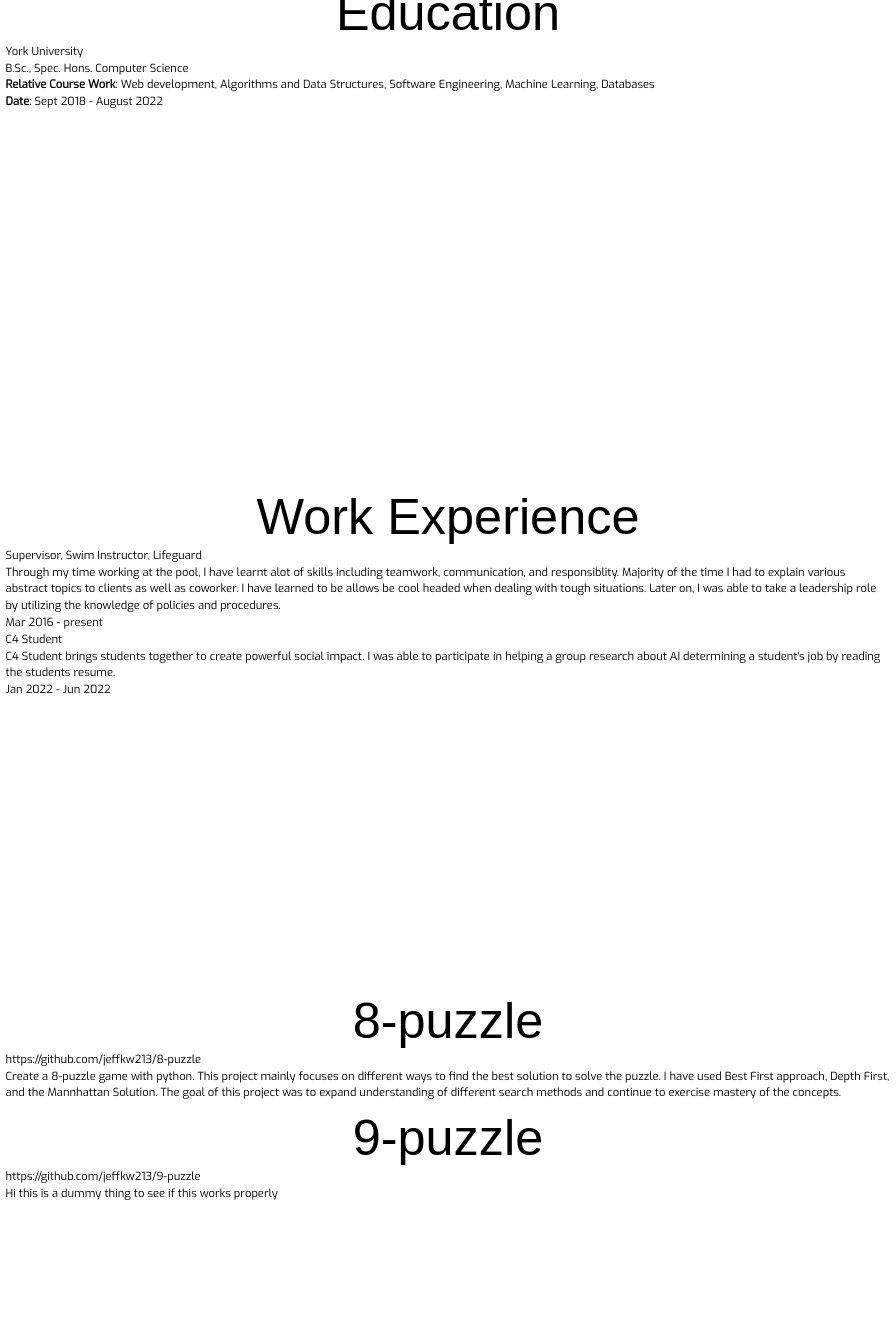
Repository: Jeffkw213/profile_website
Page: /
An editor plug-in stored every save of this project. The page is shown before and after the next save, followed by the edit.
The browser window is 1280 px wide. The pictures show the part of the page from y = 763 to 2683 px (the page is 2960 px tall), at 70% of full size.
Some web fonts or font styles are not loaded; a fallback is used. The project was rebuilt for these pictures with package versions that can differ from the ones it lists, and the page was loaded fresh each time. Also part of the build but not shown: vite.config.js.

Above is the page before, as saved 2022-09-30 15:11:43.

### src/index.jsx
import React from 'react';
import ReactDOM from 'react-dom/client';
import App from './App';
import reportWebVitals from './reportWebVitals';
import './index.css';

// DOM creates an instance of your App component, though it can also pass simple JSX without any component instantiation
const root = ReactDOM.createRoot(document.getElementById('root'));
root.render(
  <React.StrictMode>
    <App />
  </React.StrictMode>
);

// If you want to start measuring performance in your app, pass a function
// to log results (for example: reportWebVitals(console.log))
// or send to an analytics endpoint. Learn more: https://bit.ly/CRA-vitals
reportWebVitals();

### src/App.jsx
import Education from './components/Education';
import Nav from './components/Nav';
import Projects from './components/Projects';
import Title from './components/Title';
import Work from './components/Work';
import records from './data/records.json';
import Navitop from './components/NavigationTop';
const App = () => {
  return (
    <div className="scroll-smooth w-full box-border relative font-Exo min-w-[800]">
      <Navitop />
      <Title {...records.Who} />
      <Education {...records.Education} />
      <Work employ={records.Employment} />
      <Projects />
      <Nav {...records.Social} />
    </div>
  );
};

export default App;

### src/index.css
@import url('https://fonts.googleapis.com/css2?family=Exo:wght@100;400&display=swap');
@import url('http://fonts.cdnfonts.com/css/nexa-bold');

@tailwind base;
@tailwind components;
@tailwind utilities;

@layer base{
    html{
        scroll-behavior: smooth;
    }
}

### src/components/Education.jsx
export default function Education(props) {
  return (
    <div className=" h-screen p-2" id="education">
      <div>
        <h1 className="font-Nexa text-4xl sm:text-7xl text-center pt-4 pb-2">Education</h1>
      </div>
      <p>{props.School}</p>
      <p>{props.Degree}</p>
      <p><strong>Relative Course Work</strong>: {props.RelatativeCoursework}</p>
      <p>
      <strong>Date</strong>: {props.Start} - {props.Graduation}
      </p>
    </div>



  );
}

### src/components/Nav.jsx
//This is gonna be the navigation bar
//Need to create a list of
import Git from '../data/GitHub-Mark-64px.png';
import Linkedin from '../data/LI-In-Bug.png';
import Gmail from '../data/Gmail_Logo_64px.png';
export const List = (props) => (
  <nav className="flex justify-center">
    <ul className="">
      <li className="inline-block">
        <a href={props.Linkedin} target="_blank" rel="noopener noreferrer">
          <img src={Linkedin} alt="Linkedin Logo" className="h-16 opacity-[.35]" />
        </a>
      </li>
      <li className="inline-block">
        <a href={props.Github} target="_blank" rel="noopener noreferrer">
          <img src={Git} alt="Git Logo" className="h-16 opacity-[.35]" />
        </a>
      </li>
      <li className="inline-block ml-2">
        <a href={`mailto:${props.Email}?subject=Hi%20I'm%20Stupid`}>
          <img src={Gmail} alt="Gmail Logo" className="h-16 opacity-[.35]" />
        </a>
      </li>
    </ul>
  </nav>
);

export default function Nav(props) {
  return (
    <div className="h-20 relative w-full py-2 text-center bg-black" id='contacts'>
      <List {...props} />
    </div>
  );
}

### src/components/Projects.jsx
import projects from '../data/projects';

export default function Projects() {
  return (
    <div className='h-screen p-2' id="project">
      {projects.map((item, index) => {
        return (
          <div key={index}>
            <h2 className='font-Nexa text-4xl sm:text-7xl text-center pt-4 pb-2'>{item.name}</h2>
            <a href={item.link} target="_blank" rel="noopener noreferrer">
              {item.link}
            </a>
            <p>{item.about}</p>
          </div>
        );
      })}
    </div>
  );
}

### src/components/Title.jsx
// This is the title of the website
// There would be a breif discription of who I am
// And there would be a navigation button to scroll to a certain section of the page
import { FaProjectDiagram } from 'react-icons/fa';
import { BiArrowToBottom } from 'react-icons/bi';
export default function Title({ Name, Description }) {
  return (
    <div className="bg-black max-w-1/2 w-full px-4" id="home">

      <div className="flex items-center justify-center h-screen">
        <div className="relative max-w-[880px]">
          <div className="absolute inset-0.5 bg-gradient-to-r from-red-600 to-blue-600 rounded-full blur-2xl opacity-80"></div>

          <div className="relative m-2 py-12 text-white ">
            <h1 className="font-Nexa text-4xl sm:text-7xl text-center pt-4 pb-2">{Name}</h1>
            <p className="p-4 mx-0 sm:mx-14 max-w-screen-lg min-w-[50%]">{Description}</p>

            {/* Buttons */}
            <div className="flex items-center justify-center py-2">
              <a href="#project" className="px-2">
                <button
                  className="flex items-center justify-center p-2 px-3 bg-transparent text-white
        transition delay-150 duration-300 ease-in-out hover:scale-110"
                >
                  <FaProjectDiagram className="text-white mr-2" /> Projects
                </button>
              </a>
              <a href="/Resume.pdf" target="_blank" className="px-2">
                <button
                  className="flex items-center justify-center p-2 px-3 bg-transparent border-2 border-indigo-100 text-white
        transition delay-150 duration-300 ease-in-out hover:scale-110"
                >
                  <BiArrowToBottom className=" text-white mr-2" />
                  Resume
                </button>
              </a>
            </div>
          </div>
        </div>
      </div>
    </div>
  );
}

### src/components/Work.jsx
export default function Work({ employ }) {
  return (
    <div className="scroll-mt-10 h-screen p-2" id="work">
      <h1 className="font-Nexa text-4xl sm:text-7xl text-center pt-4 pb-2"> Work Experience </h1>
      {employ.map((item, index) => {
        return (
          <div key={index} className="">
            <div></div>
            <p>{item.Role}</p>
            <p>{item.Description}</p>
            <p>{item.Date}</p>
            <div className="bg-black "></div>
          </div>
        );
      })}
    </div>
  );
}

### src/data/records.json
{
  "Who": {
    "Name": "Wing To (Jeff) Kwan",
    "Location": {
      "City": "Richmond Hill",
      "Province": "Ontario",
      "Country": "Canada",
      "Street": "176 Kimono Crescent",
      "Postal": "L4S 2A4"
    },
    "Description": "Recently graduated student that is detail-oriented, and passionate to expand the process of development. Jeff has experience with working in a team to create a project, where he has demonstrated proficient communication and listening skills. He is a problem solver and a strong communicator eager to prove his value and talent at an emerging company. Motivated to advance and expand his skill set through targeted mentorship and challenging projects.",
    "Skills": {
      "Languages": "Python, Java, Javascript, CSS, HTML, SQL, Prolog, C#, C98, C99",
      "Framework": "Numpy, Pandas, MySQL, React, Node.js",
      "Platform": "Linux, Windows, MACOS, Android",
      "Techniques": "OOP, DataStructures, Machine Learning, Data Mining"
    }
  },
  "Social": {
    "Email": "jeffkwan10@gmail.com",
    "Linkedin": "https://www.linkedin.com/in/jeff-kwan-881a41203/",
    "Github": "https://github.com/Jeffkw213"
  },

  "Education": {
    "School": "York University",
    "Degree": "B.Sc., Spec. Hons. Computer Science",
    "RelatativeCoursework": "Web development, Algorithms and Data Structures, Software Engineering, Machine Learning, Databases",
    "Graduation": "August 2022",
    "Start": "Sept 2018"
  },

  "Employment": [
    {
      "Role": "Supervisor, Swim Instructor, Lifeguard",
      "Where": "City of Richmond Hill",
      "Description": "Through my time working at the pool, I have learnt alot of skills including teamwork, communication, and responsiblity. Majority of the time I had to explain various abstract topics to clients as well as coworker. I have learned to be allows be cool headed when dealing with tough situations. Later on, I was able to take a leadership role by utilizing the knowledge of policies and procedures.",
      "Date": "Mar 2016 - present"
    },
    {
      "Role": "C4 Student",
      "Where": "York University",
      "Description": "C4 Student brings students together to create powerful social impact. I was able to participate in helping a group research about AI determining a student's job by reading the students resume.",
      "Date": "Jan 2022 - Jun 2022"
    }
  ]
}

### src/components/NavigationTop.jsx
import { RiContactsLine } from 'react-icons/ri';

export default function ButtonNavi() {
  return (
    <header className="fixed flex w-full justify-end item-center h-20">
      <nav className="p-3 text-center">
        <div className='container flex justify-between items-center mx-auto'>
        <a href="#home">
          <button
            className="flex m-2 p-2 px-3 text-white
      transition delay-150 duration-300 ease-in-out hover:scale-110"
          >
            Home
          </button>
        </a>

        <a href="#education">
          <button
            className="flex m-2 p-2 px-3 bg-transparent text-white
      transition delay-150 duration-300 ease-in-out hover:scale-110"
          >
            Education
          </button>
        </a>
        <a href="#work">
          <button
            className="flex m-2 p-2 px-3 bg-transparent text-white
      transition delay-150 duration-300 ease-in-out hover:scale-110"
          >
            Work Experience
          </button>
        </a>
        <a href="#contacts">
          <button
            className="flex items-center justify-center m-2 p-2 px-3 bg-transparent text-white
        transition delay-150 duration-300 ease-in-out hover:scale-110 border border-slate-300 hover:bg-slate-600/20"
          >
            <RiContactsLine className=" text-white mr-2" />
            Contact
          </button>
        </a>
        </div>
      </nav>
    </header>
  );
}

### src/data/projects.js
export default [
  {
    name: '8-puzzle',
    about: 'Create a 8-puzzle game with python. This project mainly focuses on different ways to find the best solution to solve the puzzle. I have used Best First approach, Depth First, and the Mannhattan Solution. The goal of this project was to expand understanding of different search methods and continue to exercise mastery of the concepts.',
    link: 'https://github.com/jeffkw213/8-puzzle'
  },
  {
    name: '9-puzzle',
    about: 'Hi this is a dummy thing to see if this works properly',
    link: 'https://github.com/jeffkw213/9-puzzle'
  }
];

### tailwind.config.js
/** @type {import('tailwindcss').Config} */
module.exports = {
  content: ['./index.html', './src/**/*.{js,jsx}'],
  theme: {
    extend: {
      fontFamily: {
        Exo : "'Exo', sans-serif",
        Nexa : "'Nexa', sans-serif",
      },
      variants: {
        width: ["responsive", "hover", "focus"]
      },
      minWidth: {
        '1/2': '50%',
      }
    }
  },
  plugins: []
};

Loaded but not shown: public/index.html (common file); src/reportWebVitals.js (common file)

After the next save:
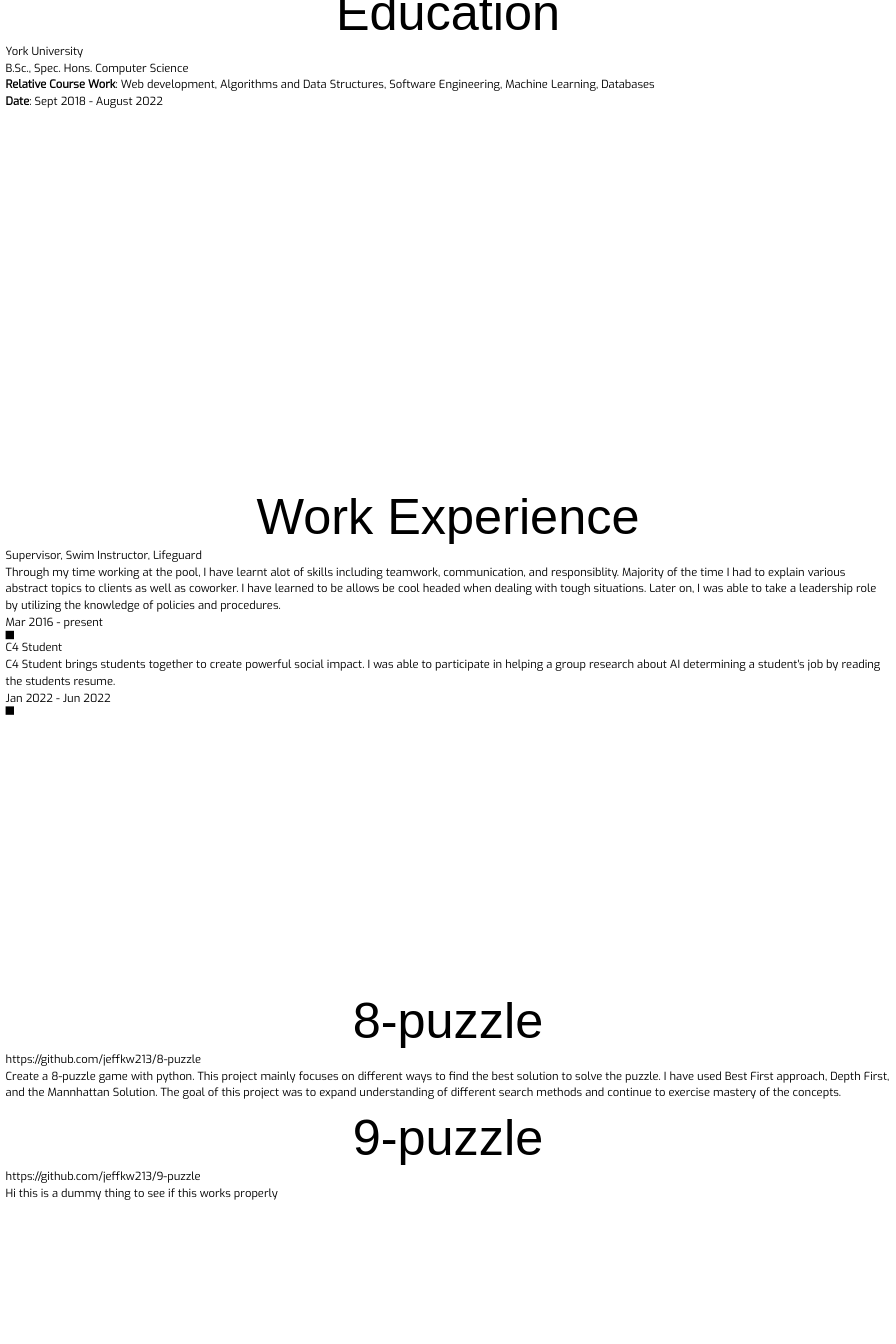
Saved 5 s later.
--- a/src/components/Work.jsx
+++ b/src/components/Work.jsx
@@ -9,7 +9,7 @@
             <p>{item.Role}</p>
             <p>{item.Description}</p>
             <p>{item.Date}</p>
-            <div className="bg-black "></div>
+            <div className="bg-black h-3 w-3"></div>
           </div>
         );
       })}

After the 2 saves that followed:
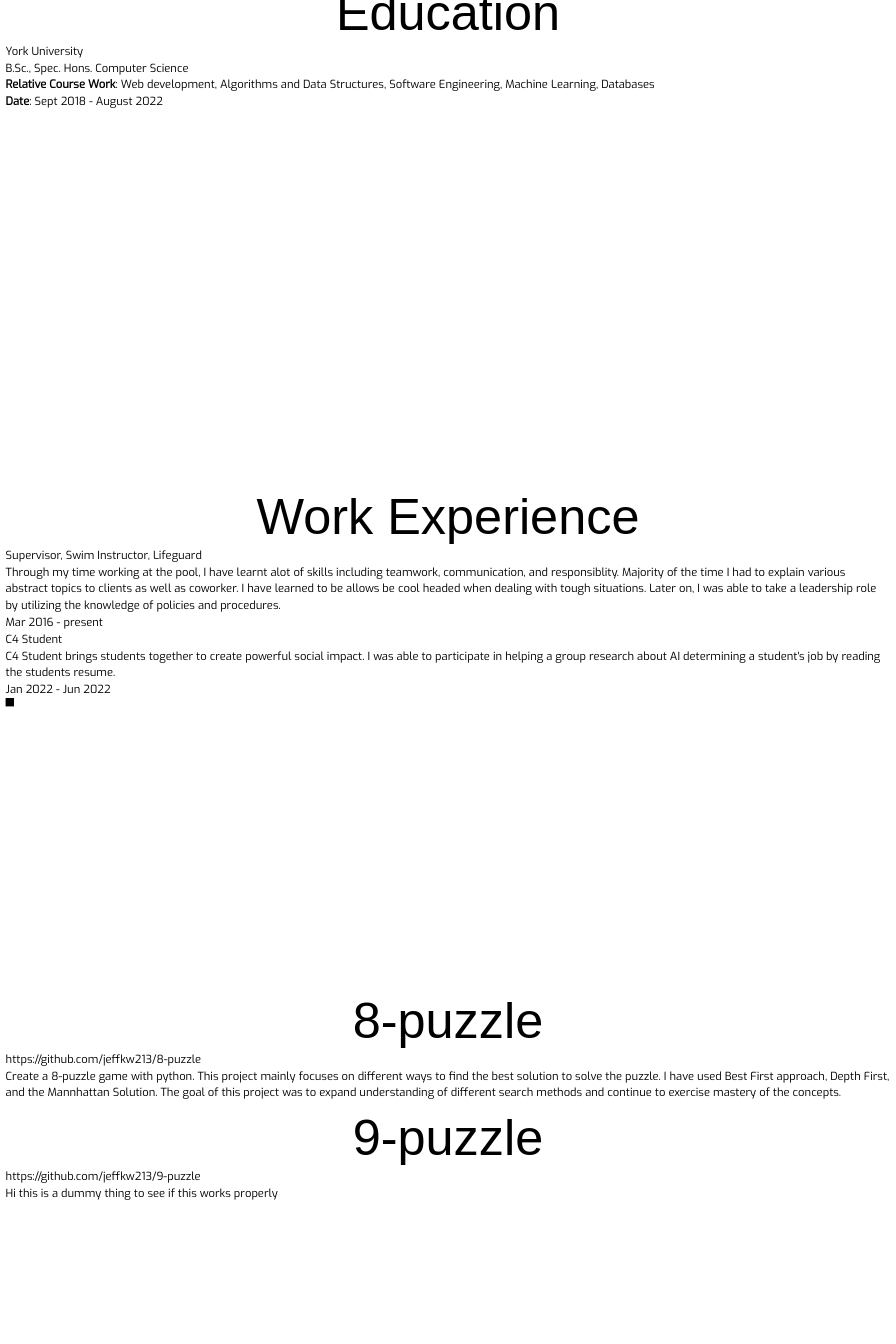
The 2 saves are shown as one change because they came seconds apart.
The last was saved 9 s later.
--- a/src/components/Work.jsx
+++ b/src/components/Work.jsx
@@ -9,10 +9,11 @@
             <p>{item.Role}</p>
             <p>{item.Description}</p>
             <p>{item.Date}</p>
-            <div className="bg-black h-3 w-3"></div>
           </div>
         );
       })}
+                  <div className="bg-black h-3 w-3"></div>
+
     </div>
   );
 }
